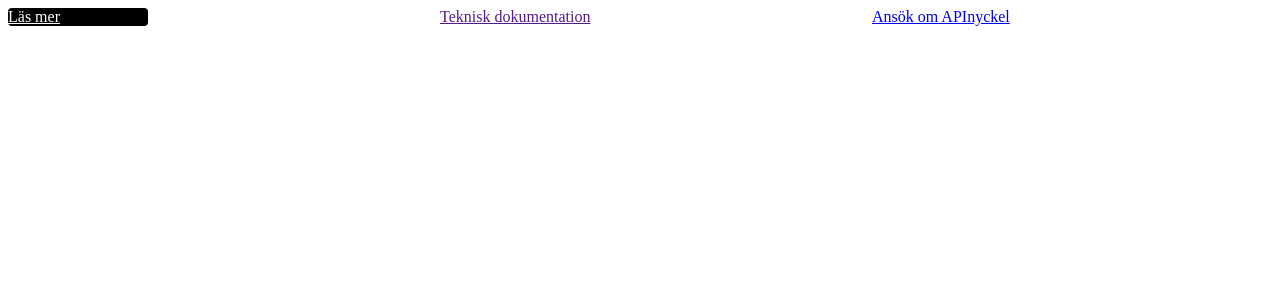
Repository: rudasn/docsy-cms-netlify
Page: layouts/partials/link.html
These files come from the project's save history. The page is drawn as it stood at one moment and after the next save; the edit follows.
The browser window is 1280 px wide. The pictures show the whole page.

Above is the page before, as saved 2021-05-11 12:49:08.

After the next save:
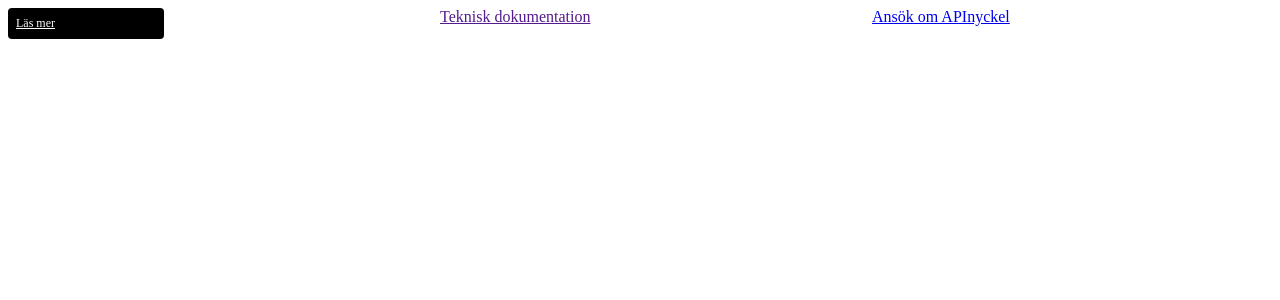
Saved 7 s later.
--- a/layouts/partials/link.html
+++ b/layouts/partials/link.html
@@ -6,7 +6,7 @@ border-radius: 4px;
 text-align: start;
 max-width: 35%;
 
-padding: 8px
+padding: 8px;
 
 font-size: 12px;
 
